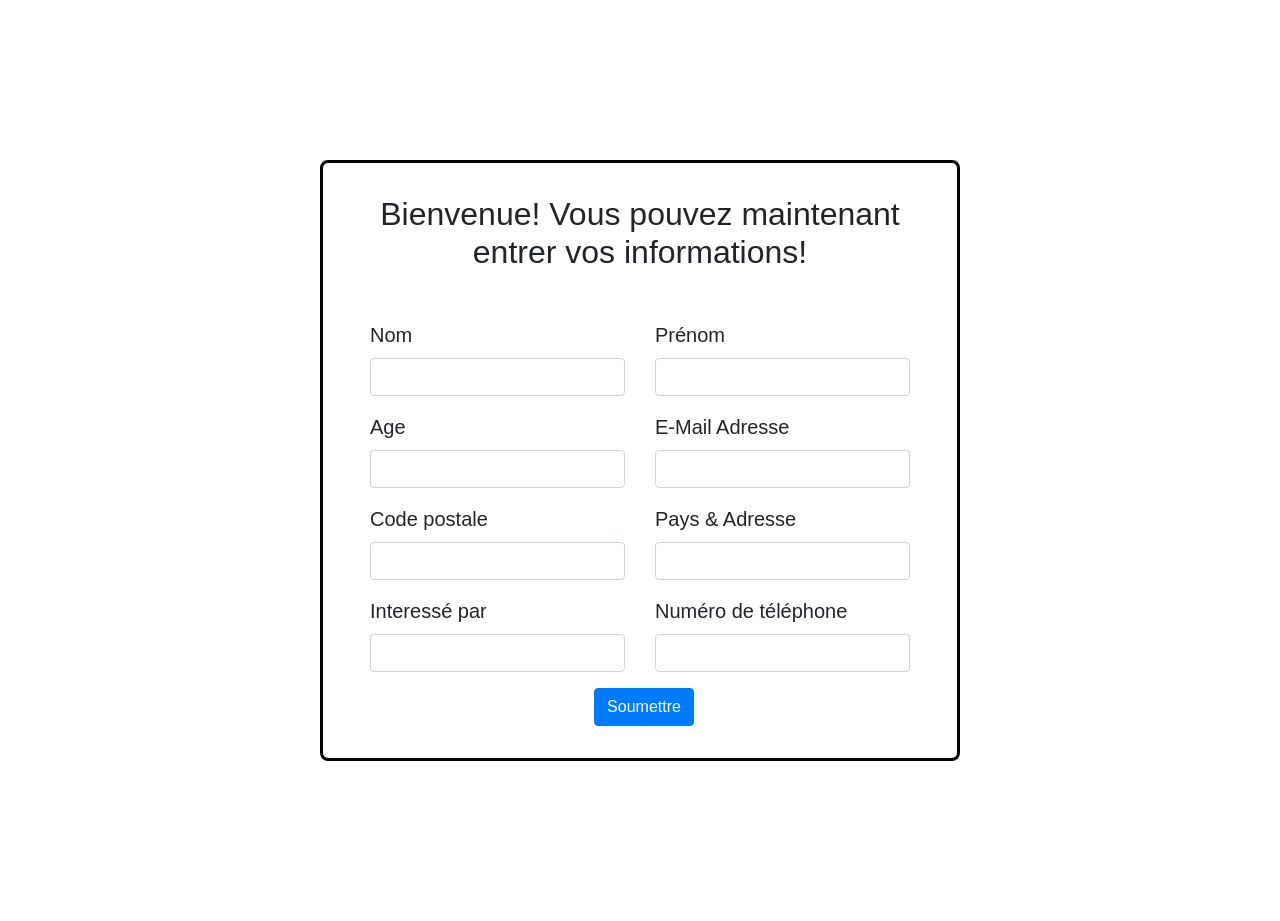
Repository: Aminox84/frontend-main
Page: /
The author's editor kept a copy of each file at every save. The page is drawn from the files as they stood at one save, then again after a run of saves.
The browser window is 1280 px wide. The pictures show the whole page.
The project was rebuilt for these pictures with package versions that can differ from the ones it lists, and the page was loaded fresh each time.

Above is the page before, as saved 2022-12-29 20:00:09.

### public/index.html
<!DOCTYPE html>
<html lang="en">
  <head>
    <meta charset="utf-8" />
    <link rel="icon" href="%PUBLIC_URL%/favicon.ico" />
    <meta name="viewport" content="width=device-width, initial-scale=1" />
    <meta name="theme-color" content="#000000" />
    <meta
      name="description"
      content="Web site created using create-react-app"
    />
    <link rel="apple-touch-icon" href="%PUBLIC_URL%/logo192.png" />

    <link rel="manifest" href="%PUBLIC_URL%/manifest.json" />
    <link rel="stylesheet" href="https://cdn.jsdelivr.net/npm/bootstrap@4.4.1/dist/css/bootstrap.min.css" integrity="sha384-Vkoo8x4CGsO3+Hhxv8T/Q5PaXtkKtu6ug5TOeNV6gBiFeWPGFN9MuhOf23Q9Ifjh" crossorigin="anonymous">

    <title>React App</title>
  </head>
  <body>
    <noscript>You need to enable JavaScript to run this app.</noscript>
    <div id="root"></div>
    <script src="https://code.jquery.com/jquery-3.4.1.slim.min.js" integrity="sha384-J6qa4849blE2+poT4WnyKhv5vZF5SrPo0iEjwBvKU7imGFAV0wwj1yYfoRSJoZ+n" crossorigin="anonymous"></script>
    <script src="https://cdn.jsdelivr.net/npm/popper.js@1.16.0/dist/umd/popper.min.js" integrity="sha384-Q6E9RHvbIyZFJoft+2mJbHaEWldlvI9IOYy5n3zV9zzTtmI3UksdQRVvoxMfooAo" crossorigin="anonymous"></script>
    <script src="https://cdn.jsdelivr.net/npm/bootstrap@4.4.1/dist/js/bootstrap.min.js" integrity="sha384-wfSDF2E50Y2D1uUdj0O3uMBJnjuUD4Ih7YwaYd1iqfktj0Uod8GCExl3Og8ifwB6" crossorigin="anonymous"></script>
  </body>
</html>

### src/App.tsx
import React from 'react';
// import { useMultistepForm } from './useMultistepForm';
// import { AddressForm } from './AddressForm';
// import { AccountForm } from './AccountForm';
import { UserForm } from './userForm';


function App() {


// const {steps,currentStepIndex,step,isFirstStep,isLastStep,back,next} = useMultistepForm([<UserForm />,<AddressForm />,<AccountForm />])

  return (
    <div style={{position:"relative",background:"white",border:"0.2rem solid  black",padding:"2rem",margin:" 10rem auto",borderRadius:".5rem",fontFamily:"Arial",width:"50%",}}>
      <form>
       {/* <div style={{position:"absolute",top:".5rem",right:".5rem"}}> {currentStepIndex + 1} / {steps.length}</div> */}
       <UserForm/>
       <div className='d-flex justify-content-center'>
       {/* {!isFirstStep && <button className='btn btn-primary ml-2' type="button" onClick={back}>Back</button>} */}
       <button type="button" className='btn btn-primary ml-2'>Soumettre</button>
       </div>
      </form>
    </div>
  );
}

export default App;

### src/userForm.tsx
export function UserForm() {
  return (
    <>

      <h2 style={{textAlign:"center"}}>Bienvenue! Vous pouvez maintenant entrer vos informations!</h2>

<div className="container mt-5">
  <div className="row">
    <div className="col">
    <div className="form-group">
          <label style={{fontSize:"20px"}} htmlFor="exampleInputPassword1">Nom</label>
          <input
            type="text"
            className="form-control"
            id="exampleInputPassword1"
          />
        </div>
    </div>
    <div className="col">
    <div className="form-group">
          <label style={{fontSize:"20px"}} htmlFor="exampleInputPassword1">Prénom</label>
          <input
            type="text"
            className="form-control"
            id="exampleInputPassword1"
          />
        </div>
    </div>
  </div>
  <div className="row">
    <div className="col">
    <div className="form-group">
          <label style={{fontSize:"20px"}} htmlFor="exampleInputPassword1">Age</label>
          <input
            type="text"
            className="form-control"
            id="exampleInputPassword1"
          />
        </div>
    </div>
    <div className="col">
    <div className="form-group">
          <label style={{fontSize:"20px"}} htmlFor="exampleInputPassword1">E-Mail Adresse</label>
          <input
            type="text"
            className="form-control"
            id="exampleInputPassword1"
          />
        </div>
    </div>
  </div>
  <div className="row">
    <div className="col">
    <div className="form-group">
          <label style={{fontSize:"20px"}} htmlFor="exampleInputPassword1">Code postale</label>
          <input
            type="text"
            className="form-control"
            id="exampleInputPassword1"
          />
        </div>
    </div>
    <div className="col">
    <div className="form-group">
          <label style={{fontSize:"20px"}} htmlFor="exampleInputPassword1">Pays & Adresse</label>
          <input
            type="text"
            className="form-control"
            id="exampleInputPassword1"
          />
        </div>
    </div>
  </div>
  <div className="row">
    <div className="col">
    <div className="form-group">
          <label style={{fontSize:"20px"}} htmlFor="exampleInputPassword1">Interessé par</label>
          <input
            type="text"
            className="form-control"
            id="exampleInputPassword1"
          />
        </div>
    </div>
    <div className="col">
    <div className="form-group">
          <label style={{fontSize:"20px"}} htmlFor="exampleInputPassword1">Numéro de téléphone</label>
          <input
            type="text"
            className="form-control"
            id="exampleInputPassword1"
          />
        </div>
    </div>
  </div>
  </div>


    </>
  )
}

Loaded but not shown: src/index.tsx (common file)

After the next 2 saves:
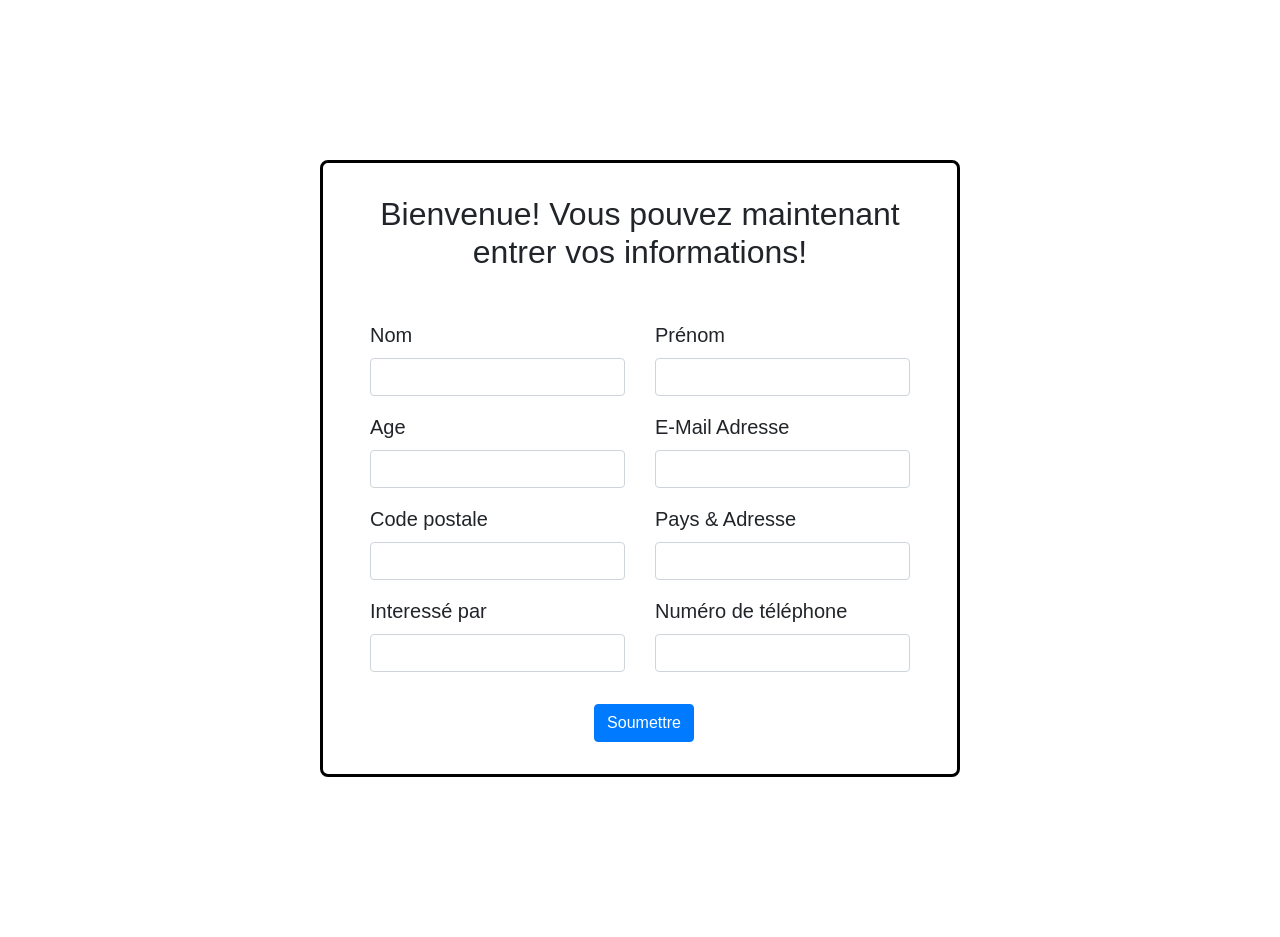
The 2 saves are shown as one change because they came seconds apart.
The last was saved 8 s later.
--- a/src/App.tsx
+++ b/src/App.tsx
@@ -15,7 +15,7 @@ function App() {
       <form>
        {/* <div style={{position:"absolute",top:".5rem",right:".5rem"}}> {currentStepIndex + 1} / {steps.length}</div> */}
        <UserForm/>
-       <div className='d-flex justify-content-center'>
+       <div className='d-flex justify-content-center mt-3'>
        {/* {!isFirstStep && <button className='btn btn-primary ml-2' type="button" onClick={back}>Back</button>} */}
        <button type="button" className='btn btn-primary ml-2'>Soumettre</button>
        </div>
